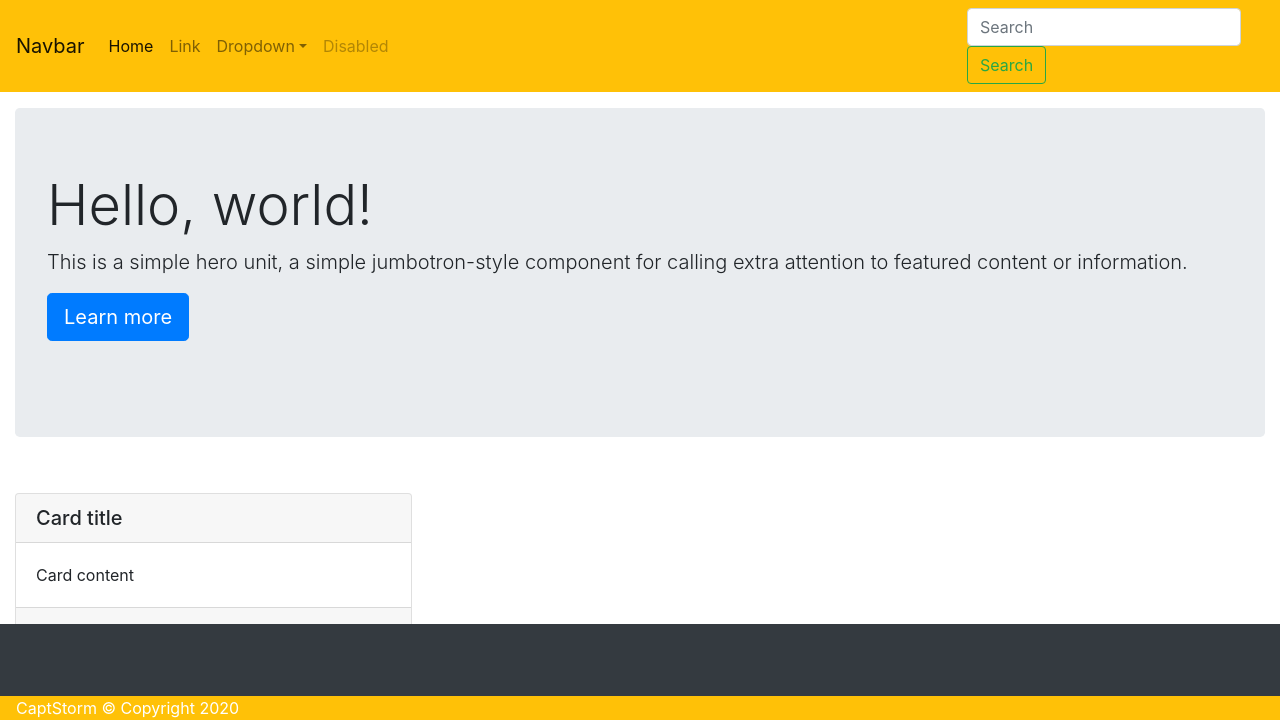
Repository: CaptainStorm21/complete-react16-bootstrap-passing-props
Page: /
An editor plug-in stored every save of this project. The page is shown before and after the next save, followed by the edit.
The browser window is 1280 px wide. The pictures show the whole page.
The project was rebuilt for these pictures with package versions that can differ from the ones it lists, and the page was loaded fresh each time.

Above is the page before, as saved 2020-04-23 14:20:58.

### public/index.html
<!DOCTYPE html>
<html lang="en">
<head>
  <title>Bootstrap Example</title>
  <meta charset="utf-8">
  <meta name="viewport" content="width=device-width, initial-scale=1">
  <link rel="stylesheet" href="https://maxcdn.bootstrapcdn.com/bootstrap/4.4.1/css/bootstrap.min.css">
  <script src="https://ajax.googleapis.com/ajax/libs/jquery/3.4.1/jquery.min.js"></script>
  <script src="https://cdnjs.cloudflare.com/ajax/libs/popper.js/1.16.0/umd/popper.min.js"></script>
  <script src="https://maxcdn.bootstrapcdn.com/bootstrap/4.4.1/js/bootstrap.min.js"></script>
</head>
<body>
<div id="root"></div>

</body>
</html>

### src/index.js
import React from 'react';
import ReactDOM from 'react-dom';
import './style.css';
import App from './App';
import * as serviceWorker from './serviceWorker';


ReactDOM.render(
  <React.StrictMode>
    <App />
  </React.StrictMode>,
  document.getElementById('root')
);

// If you want your app to work offline and load faster, you can change
// unregister() to register() below. Note this comes with some pitfalls.
// Learn more about service workers: https://bit.ly/CRA-PWA
serviceWorker.unregister();

### src/style.css




body {
  margin: 0;
  font-family: -apple-system, BlinkMacSystemFont, 'Segoe UI', 'Roboto', 'Oxygen',
    'Ubuntu', 'Cantarell', 'Fira Sans', 'Droid Sans', 'Helvetica Neue',
    sans-serif;
  -webkit-font-smoothing: antialiased;
  -moz-osx-font-smoothing: grayscale;
}

.footer {
  position: absolute;
  bottom: 0;
  width: 100%;
  height: 60px; /* Set the fixed height of the footer here */
  line-height: 60px; /* Vertically center the text there */
  background-color: purple;
}

### src/App.js
import React from "react";
import Main from "./components/Main";
import ContanerCard from "./components/ContainerCard";

import Header from "./components/layout/Header";
import Footer from "./components/layout/Footer";

function App() {
  return (
    <div>
      <Header />
      <div classNameName="container-fluid">
        <div className="col-lg-12 py-3">
          <Main />
        </div>
        <div className="container-fluid">
          <div className="row">
            <ContanerCard />
          </div>
        </div>
        <Footer />
      </div>
    </div>
  );
}

export default App;

### src/components/Main.js
import React from "react";

function Main() {
  return (
    <div className="jumbotron">
      <h1 className="display-4">Hello, world!</h1>
      <p className="lead">
        This is a simple hero unit, a simple jumbotron-style component for
        calling extra attention to featured content or information.
        <p className = "py-3">
        <a className="btn btn-primary btn-lg" href="#" role="button">
          Learn more
        </a>
        </p>
      </p>
    </div>
  );
}

export default Main;

### src/components/ContainerCard.js
import React from "react";

function ContainerCard() {
  return (
    <div className="col-md-4 col-lg-4 py-2">
    <div className="card">
      <h5 className="card-header">Card title</h5>
      <div className="card-body">
        <p className="card-text">Card content</p>
      </div>
      <div className="card-footer">Card footer</div>
    </div>
    </div>
  );
}

export default ContainerCard;

### src/components/layout/Header.js
import React from "react";
import Navbar from "./Navbar";

function Header() {
  return (
    <nav className="navbar navbar-expand-lg navbar-light bg-warning">
              <Navbar />
    </nav>
  );
}

export default Header;

### src/components/layout/Footer.js
import React from "react";

function Footer() {
  return (
    <footer className="bg-dark py-5 fixed-bottom ">
      <div className="container"></div>
      <div className="container-fluid">
        <div className="row bg-info">
        <div className="bg-warning fixed-bottom">
          <span className="p-3 text-white">
            CaptStorm &copy; Copyright 2020
          </span>
        </div>        </div>
      </div>
    </footer>
  );
}

export default Footer;

### src/components/layout/Navbar.js
import React from "react";
import "./Nav.css";

function Navbar() {
  return (
    <>
   <a className="navbar-brand" href="/">Navbar</a>
        <button className="navbar-toggler" type="button" data-toggle="collapse" data-target="#navbarSupportedContent" aria-controls="navbarSupportedContent" aria-expanded="false" aria-label="Toggle navigation">
          <span className="navbar-toggler-icon"></span>
        </button>

        <div className="collapse navbar-collapse" id="navbarSupportedContent">
          <ul className="navbar-nav mr-auto">
            <li className="nav-item active">
              <a className="nav-link" href="/">Home <span className="sr-only">(current)</span></a>
            </li>
            <li className="nav-item">
              <a className="nav-link" href="/">Link</a>
            </li>
            <li className="nav-item dropdown">
              <a className="nav-link dropdown-toggle" href="/" id="navbarDropdown" role="button" data-toggle="dropdown" aria-haspopup="true" aria-expanded="false">
                Dropdown
              </a>
              <div className="dropdown-menu" aria-labelledby="navbarDropdown">
                <a className="dropdown-item" href="/">Action</a>
                <a className="dropdown-item" href="/">Another action</a>
                <div className="dropdown-divider"></div>
                <a className="dropdown-item" href="/">Something else here</a>
              </div>
            </li>
            <li className="nav-item">
              <a className="nav-link disabled" href="/">Disabled</a>
            </li>
          </ul>
          <div className = "pull-right">
          <form className="form-inline my-2 my-lg-0 col-2">
            <input className="form-control mr-sm-2" type="search" placeholder="Search" aria-label="Search" />
            <button className="btn btn-outline-success my-2 my-sm-0" type="submit">Search</button>
          </form></div>
        </div>
  </>
)
}

export default Navbar;

### src/components/layout/Nav.css
@media (min-width: 768px) {
    .navbar-nav {
      width: 100%;
      text-align: center;
    }
    .navbar-nav > li {
      float: none;
      display: inline-block;
    }
    .navbar-nav > li.navbar-right {
      float: right !important;
    }
  }

Loaded but not shown: src/serviceWorker.js (common file)

After the next save:
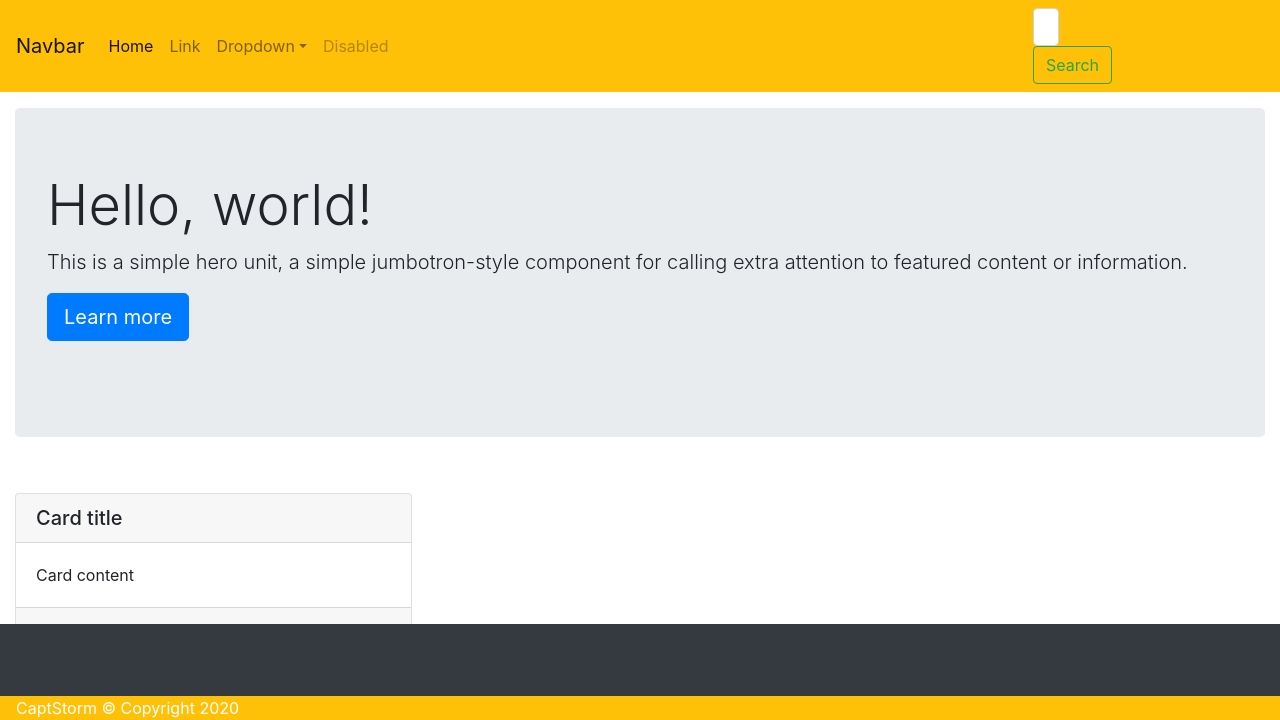
Saved 17 s later.
--- a/src/components/layout/Navbar.js
+++ b/src/components/layout/Navbar.js
@@ -33,7 +33,7 @@
             </li>
           </ul>
           <div className = "pull-right">
-          <form className="form-inline my-2 my-lg-0 col-2">
+          <form className="my-lg-0 col-2">
             <input className="form-control mr-sm-2" type="search" placeholder="Search" aria-label="Search" />
             <button className="btn btn-outline-success my-2 my-sm-0" type="submit">Search</button>
           </form></div>

After the save that followed:
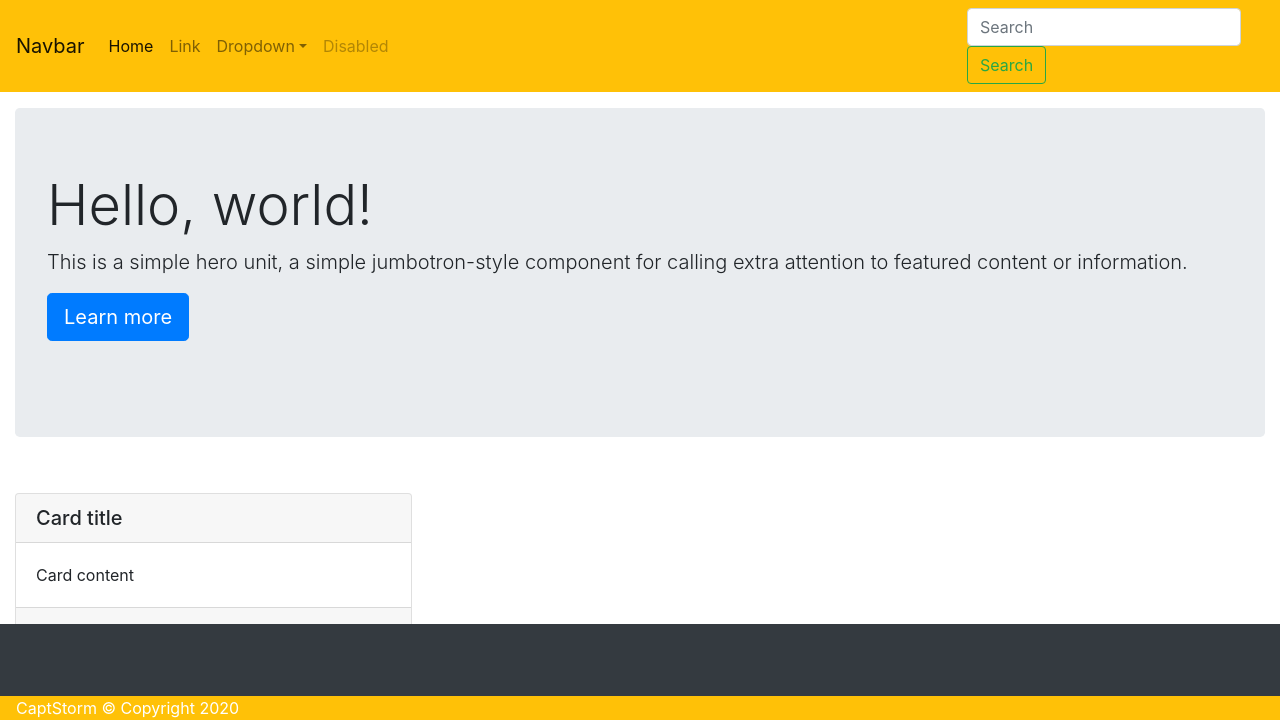
Saved 7 s later.
--- a/src/components/layout/Navbar.js
+++ b/src/components/layout/Navbar.js
@@ -33,7 +33,7 @@
             </li>
           </ul>
           <div className = "pull-right">
-          <form className="my-lg-0 col-2">
+          <form className="form-inline my-2 my-lg-0 col-2">
             <input className="form-control mr-sm-2" type="search" placeholder="Search" aria-label="Search" />
             <button className="btn btn-outline-success my-2 my-sm-0" type="submit">Search</button>
           </form></div>
